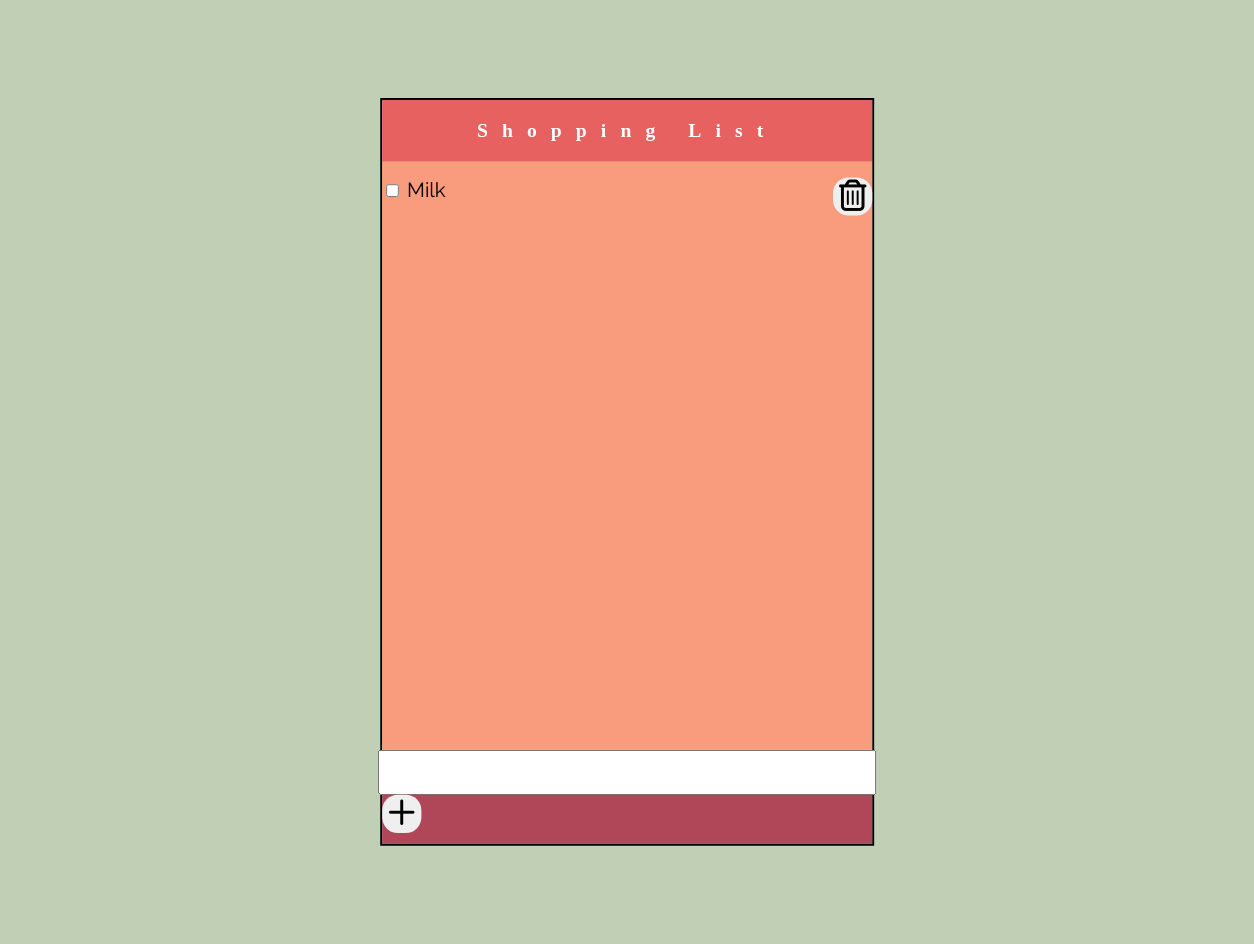
Repository: sephinejo/shopping-list-app
Page: index.html
An editor plug-in stored every save of this project. The page is shown before and after the next save, followed by the edit.
The browser window is 1280 px wide. The pictures show the whole page, at 98% of full size.
Some web fonts or font styles are not loaded; a fallback is used. Some web libraries are served in a nearby version.

Above is the page before, as saved 2023-05-11 22:49:57.

### index.html
<!DOCTYPE html>
<html lang="en">
  <head>
    <meta charset="UTF-8" />
    <meta http-equiv="X-UA-Compatible" content="IE=edge" />
    <meta name="viewport" content="width=device-width, initial-scale=1.0" />
    <title>Shopping List 🛍️🛒</title>
    <link rel="preconnect" href="https://fonts.googleapis.com" />
    <link rel="preconnect" href="https://fonts.gstatic.com" crossorigin />
    <link
      href="https://fonts.googleapis.com/css2?family=Alice&family=Raleway:wght@400;600;700;800&display=swap"
      rel="stylesheet"
    />
    <script
      src="https://kit.fontawesome.com/9ac80604cb.js"
      crossorigin="anonymous"
    ></script>
    <script src="main.js" defer></script>
    <link rel="stylesheet" href="style.css" />
  </head>
  <body>
    <div class="container">
      <header>
        <p class="title">Shopping List</p>
      </header>
      <main>
        <ul class="items">
          <li class="item">
            <div class="item__title">
              <input class="item__checkbox" type="checkbox" />
              <label for="item__name">Milk</label>
            </div>
            <div class="item__delete">
              <button><i class="fa-regular fa-trash-can"></i></button>
            </div>
          </li>
        </ul>
      </main>
      <input class="input" type="text" />
      <footer>
        <button class="add">
          <i class="fa-regular fa-plus"></i>
        </button>
      </footer>
    </div>
  </body>
</html>

### style.css
body {
  margin: 0 auto;
  background-color: #c1d0b5;
}

.container {
  margin: 100px auto;
  width: 500px;
  border: 2px solid black;
  display: flex;
  flex-direction: column;
  align-items: center;
}

header {
  width: 100%;
  text-align: center;
  font-family: 'Alice';
  color: white;
  letter-spacing: 0.9rem;
  font-weight: 700;
  font-size: 20px;
  background-color: #e76161;
}

main {
  background-color: #f99b7d;
  width: 100%;
  height: 600px;
}

ul {
  padding: 0;
}

li {
  list-style: none;
  display: flex;
  justify-content: space-between;
  font-size: 1.3rem;
  font-family: 'Raleway';
  font-weight: 500;
}

.input {
  width: 100%;
  height: 40px;
  outline: none;
  font-size: 1.4rem;
}

footer {
  height: 50px;
  background-color: #b04759;
  width: 100%;
}

button {
  border-style: none;
  border-radius: 1rem;
  cursor: pointer;
  font-size: 2rem;
  text-align: center;
}

Loaded but not shown: main.js (no copy from this time; the picture is the same without it)

After the next save:
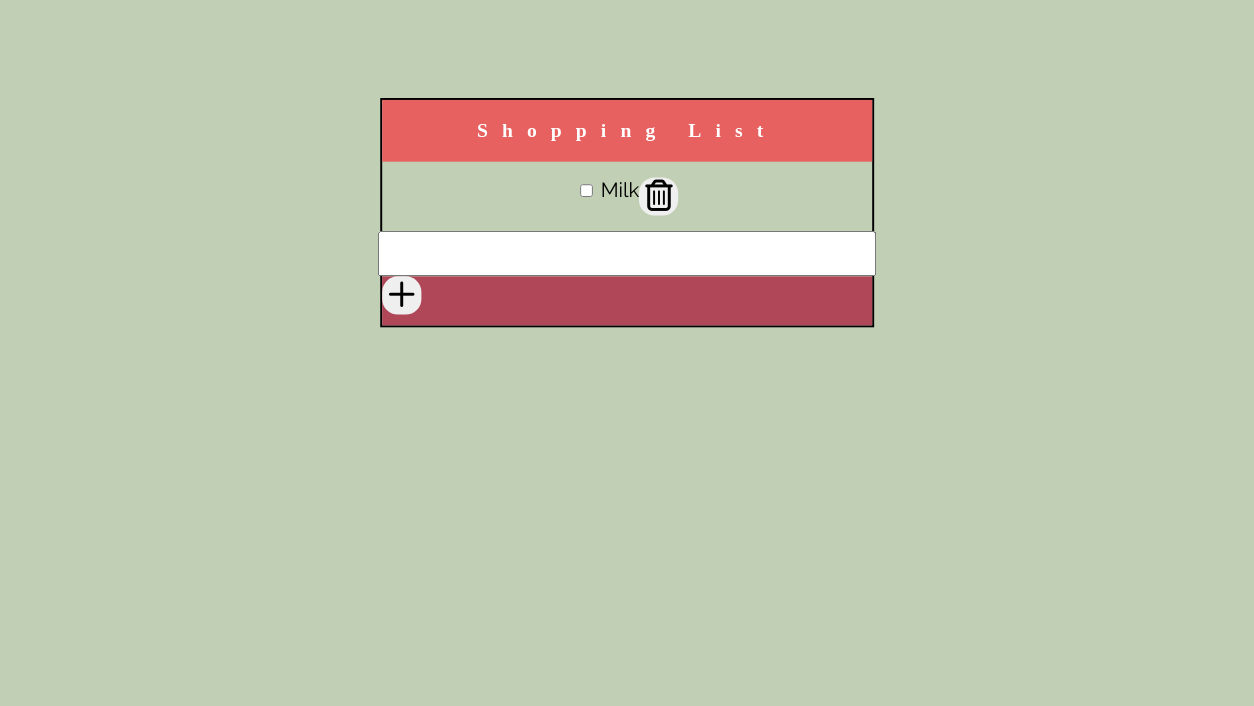
Saved 79 s later.
--- a/index.html
+++ b/index.html
@@ -23,19 +23,17 @@
       <header>
         <p class="title">Shopping List</p>
       </header>
-      <main>
-        <ul class="items">
-          <li class="item">
-            <div class="item__title">
-              <input class="item__checkbox" type="checkbox" />
-              <label for="item__name">Milk</label>
-            </div>
-            <div class="item__delete">
-              <button><i class="fa-regular fa-trash-can"></i></button>
-            </div>
-          </li>
-        </ul>
-      </main>
+      <ul class="items">
+        <li class="item">
+          <div class="item__title">
+            <input class="item__checkbox" type="checkbox" />
+            <label for="item__name">Milk</label>
+          </div>
+          <div class="item__delete">
+            <button><i class="fa-regular fa-trash-can"></i></button>
+          </div>
+        </li>
+      </ul>
       <input class="input" type="text" />
       <footer>
         <button class="add">
